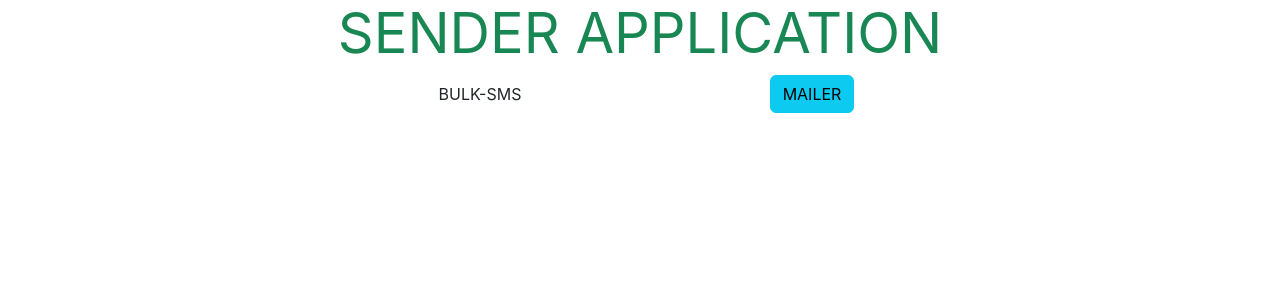
Repository: oluwaseyi9325/react-redux
Page: /mailer
The author's editor kept a copy of each file at every save. The page is drawn from the files as they stood at one save, then again after the next save.
The browser window is 1280 px wide. The pictures show the whole page.
The project was rebuilt for these pictures with package versions that can differ from the ones it lists, and the page was loaded fresh each time. Also part of the build but not shown: src/Pages/Index.tsx, src/Pages/NotFond.tsx.

Above is the page before, as saved 2023-04-18 17:18:11.

### public/index.html
<!DOCTYPE html>
<html lang="en">

<head>
  <meta charset="utf-8" />
  <link rel="icon" href="%PUBLIC_URL%/favicon.ico" />
  <meta name="viewport" content="width=device-width, initial-scale=1" />
  <meta name="theme-color" content="#000000" />
  <meta name="description" content="Web site created using create-react-app" />
  <link rel="apple-touch-icon" href="%PUBLIC_URL%/logo192.png" />
  <link rel="manifest" href="%PUBLIC_URL%/manifest.json" />
  <link href="https://cdn.jsdelivr.net/npm/bootstrap@5.2.3/dist/css/bootstrap.min.css" rel="stylesheet" integrity="sha384-rbsA2VBKQhggwzxH7pPCaAqO46MgnOM80zW1RWuH61DGLwZJEdK2Kadq2F9CUG65" crossorigin="anonymous">
  <script src="https://cdn.jsdelivr.net/npm/bootstrap@5.2.3/dist/js/bootstrap.bundle.min.js" integrity="sha384-kenU1KFdBIe4zVF0s0G1M5b4hcpxyD9F7jL+jjXkk+Q2h455rYXK/7HAuoJl+0I4" crossorigin="anonymous"></script>
  <link rel="stylesheet" href="https://cdn.jsdelivr.net/npm/bootstrap-icons@1.10.3/font/bootstrap-icons.css">
  <title>SMS SENDER</title>
</head>

<body>
  <noscript>You need to enable JavaScript to run this app.</noscript>
  <div id="root"></div>
</body>

</html>

### src/index.tsx
import React from 'react';
import ReactDOM from 'react-dom/client';
import './index.css';
import App from './App';
import reportWebVitals from './reportWebVitals';
import { BrowserRouter } from 'react-router-dom';

const root = ReactDOM.createRoot(
  document.getElementById('root') as HTMLElement
);
root.render(
  <React.StrictMode>
    <BrowserRouter>
    <App />

    </BrowserRouter>
  </React.StrictMode>
);

// If you want to start measuring performance in your app, pass a function
// to log results (for example: reportWebVitals(console.log))
// or send to an analytics endpoint. Learn more: https://bit.ly/CRA-vitals
reportWebVitals();

### src/App.tsx
import React from 'react'
import { Route, Router, Routes } from 'react-router-dom'
import Index from './Pages/Index'
import Mailer from './Pages/Mailer'
import NotFond from './Pages/NotFond'

const App = () => {

  return (
    <>
    <Routes>
      <Route path='/' element={<Index/>} />
      <Route path='/mailer' element={<Mailer/>} />
      <Route path='*' element={<NotFond/>}/>
    </Routes>
    </>
  )
}

export default App

### src/Pages/Mailer.tsx
import React from 'react'
import NavBar from '../Components/NavBar'

const Mailer = () => {
  return (
    <div>
      <NavBar/>
    </div>
  )
}

export default Mailer

### src/Components/NavBar.tsx
import React from 'react'

const NavBar = () => {
  return (
    <>

      <div className='text-center col-6 mx-auto'>
        <h4 className='text-success display-4'><b>SENDER APPLICATION</b></h4>
        <div className='gap-4 d-flex justify-content-around'>
            <button className='btn btn-outlinr-'>BULK-SMS</button>
            <button className='btn btn-info'>MAILER</button>
        </div>
      </div>

    </>
  )
}

export default NavBar

Loaded but not shown: src/index.css (common file); src/reportWebVitals.ts (common file)

After the next save:
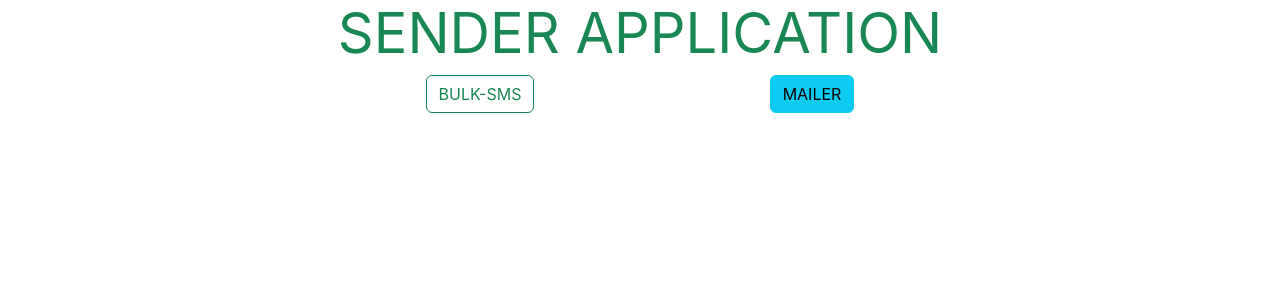
Saved 5 s later.
--- a/src/Components/NavBar.tsx
+++ b/src/Components/NavBar.tsx
@@ -7,7 +7,7 @@
       <div className='text-center col-6 mx-auto'>
         <h4 className='text-success display-4'><b>SENDER APPLICATION</b></h4>
         <div className='gap-4 d-flex justify-content-around'>
-            <button className='btn btn-outlinr-'>BULK-SMS</button>
+            <button className='btn btn-outline-success'>BULK-SMS</button>
             <button className='btn btn-info'>MAILER</button>
         </div>
       </div>
